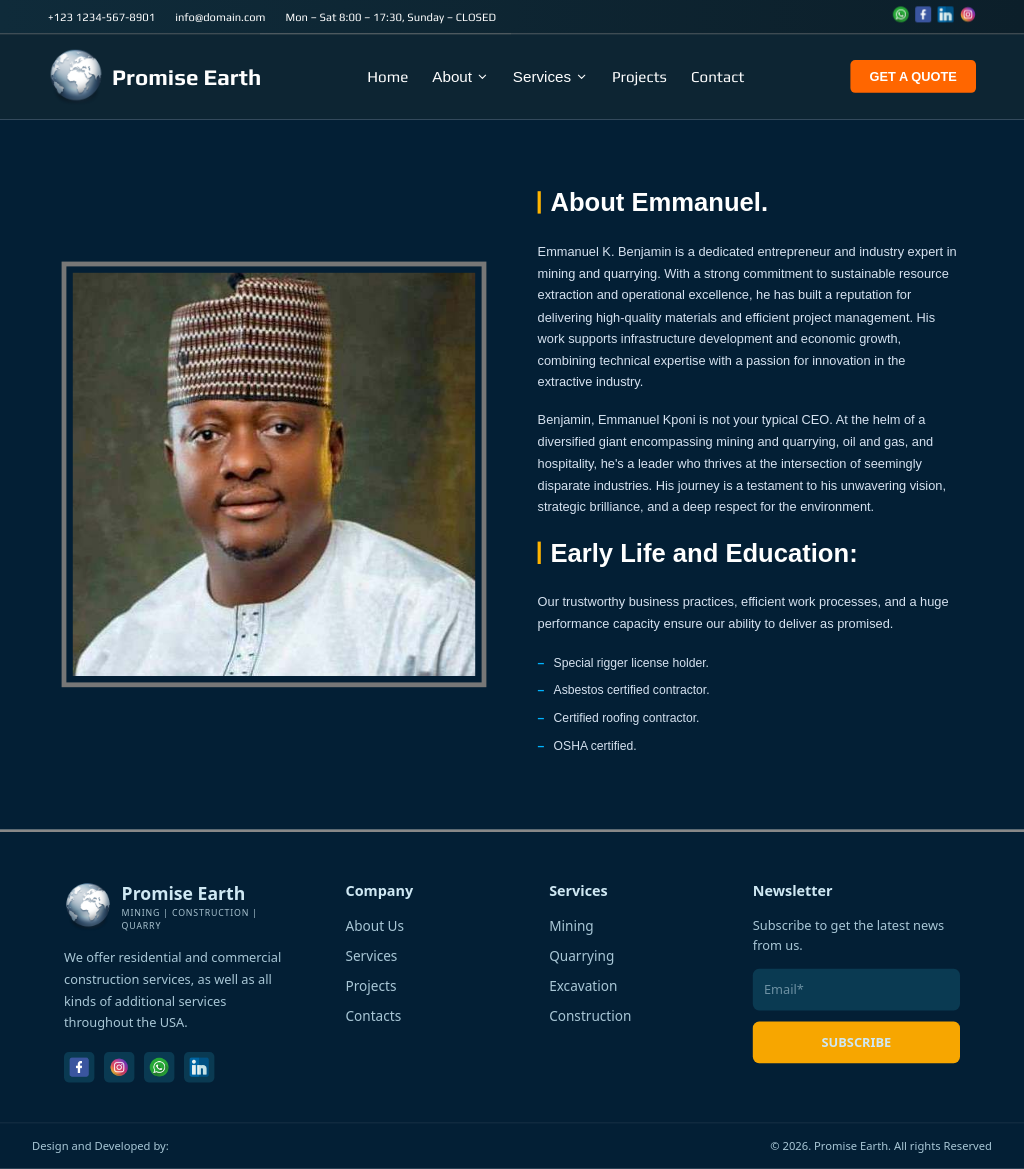
Repository: KC-Minchakpu/promise-earth
Page: /Emmanuel
These files come from the project's save history. The page is drawn as it stood at one moment and after the next save; the edit follows.
The browser window is 1280 px wide. The pictures show the whole page, at 80% of full size.
The project was rebuilt for these pictures with package versions that can differ from the ones it lists, and the page was loaded fresh each time. The framework's server and built-in components were replaced by stand-ins that run in the browser. Also part of the build but not shown: next.config.ts.

Above is the page before, as saved 2026-02-27 13:31:03.

After the next save:
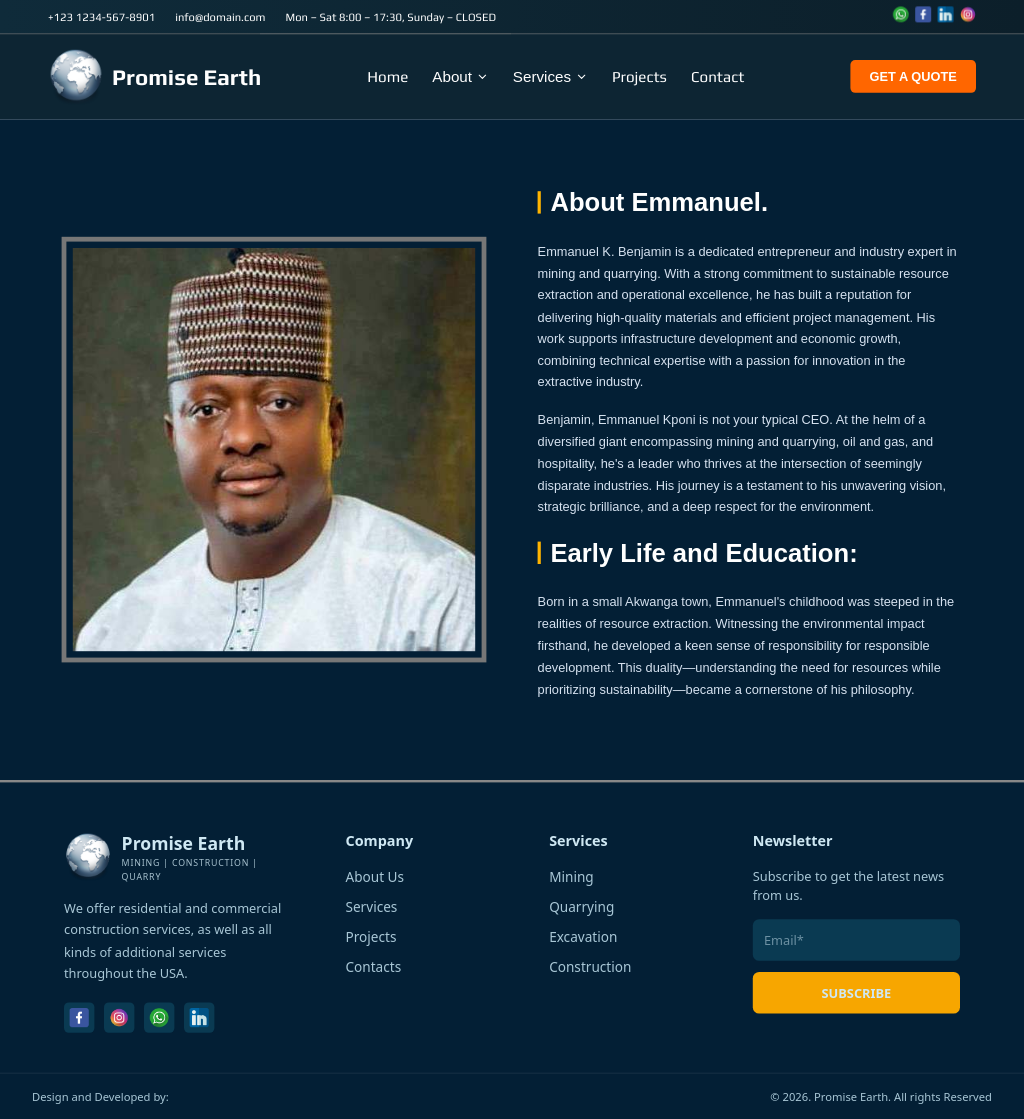
Saved 60 s later.
--- a/src/components/About/AboutEmmanuel.tsx
+++ b/src/components/About/AboutEmmanuel.tsx
@@ -41,16 +41,13 @@ const AboutEmmanuel = () => {
           </h2>
 
           <p>
-            Our trustworthy business practices, efficient work processes, and a
-            huge performance capacity ensure our ability to deliver as promised.
+            Born in a small Akwanga town, Emmanuel&apos;s childhood was steeped in the realities of
+            resource extraction. Witnessing the environmental impact firsthand, he developed a keen
+            sense of responsibility for responsible development. This duality—understanding the need
+            for resources while prioritizing sustainability—became a cornerstone of his philosophy.
           </p>
 
-          <ul className={styles.list}>
-            <li>Special rigger license holder.</li>
-            <li>Asbestos certified contractor.</li>
-            <li>Certified roofing contractor.</li>
-            <li>OSHA certified.</li>
-          </ul>
+
         </div>
       </div>
     </section>
